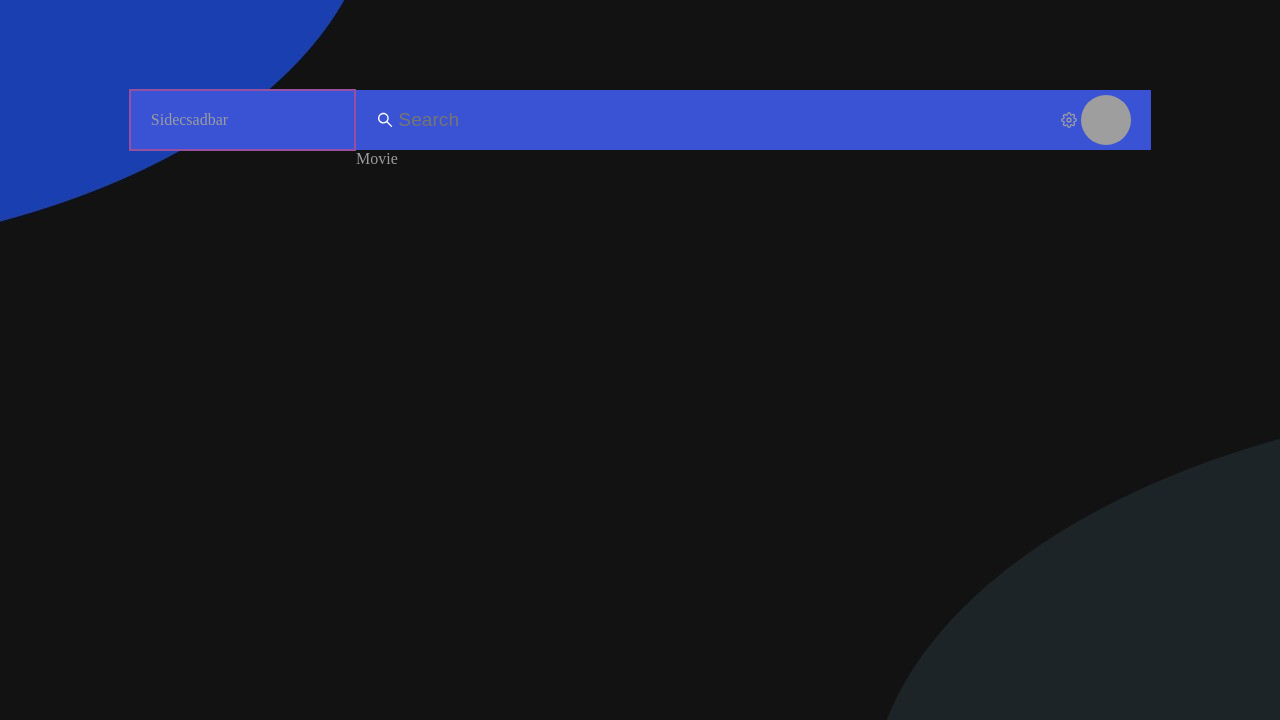
Repository: DevLaukey/movie-task
Page: /
These files come from the project's save history. The page is drawn as it stood at one moment and after the next save; the edit follows.
The browser window is 1280 px wide. The pictures show the whole page.
Pictures or frames that could not be fetched are drawn as grey boxes. The project was rebuilt for these pictures with package versions that can differ from the ones it lists, and the page was loaded fresh each time. Also part of the build but not shown: src/components/Body/Movies.css.

Above is the page before, as saved 2022-06-15 13:34:40.

After the next save:
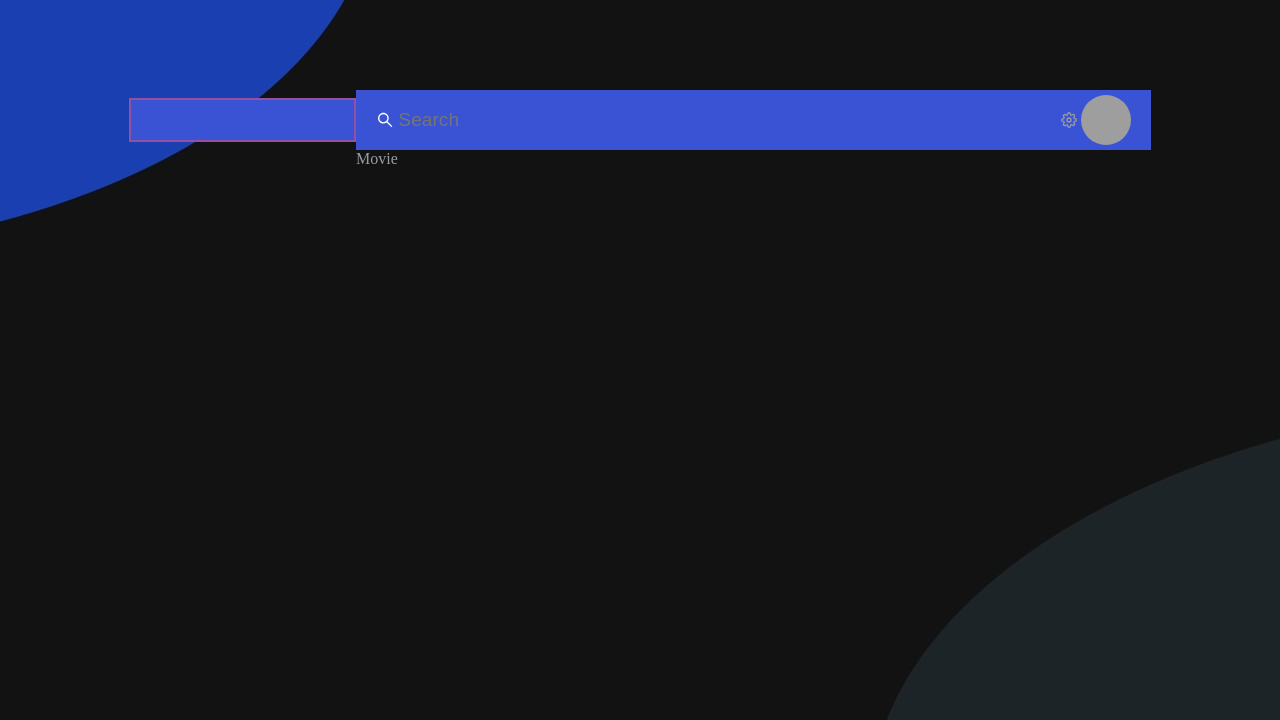
Saved 5 min 28 s later.
--- a/src/components/Sidebar/Sidebar.js
+++ b/src/components/Sidebar/Sidebar.js
@@ -2,7 +2,11 @@ import React from 'react'
 import "./Sidebar.css"
 function Sidebar() {
   return (
-    <div className="sidebar">Sidecsadbar</div>
+    <div className="sidebar">
+      <div className="sidebar__top">
+
+      </div>
+    </div>
   )
 }
 
